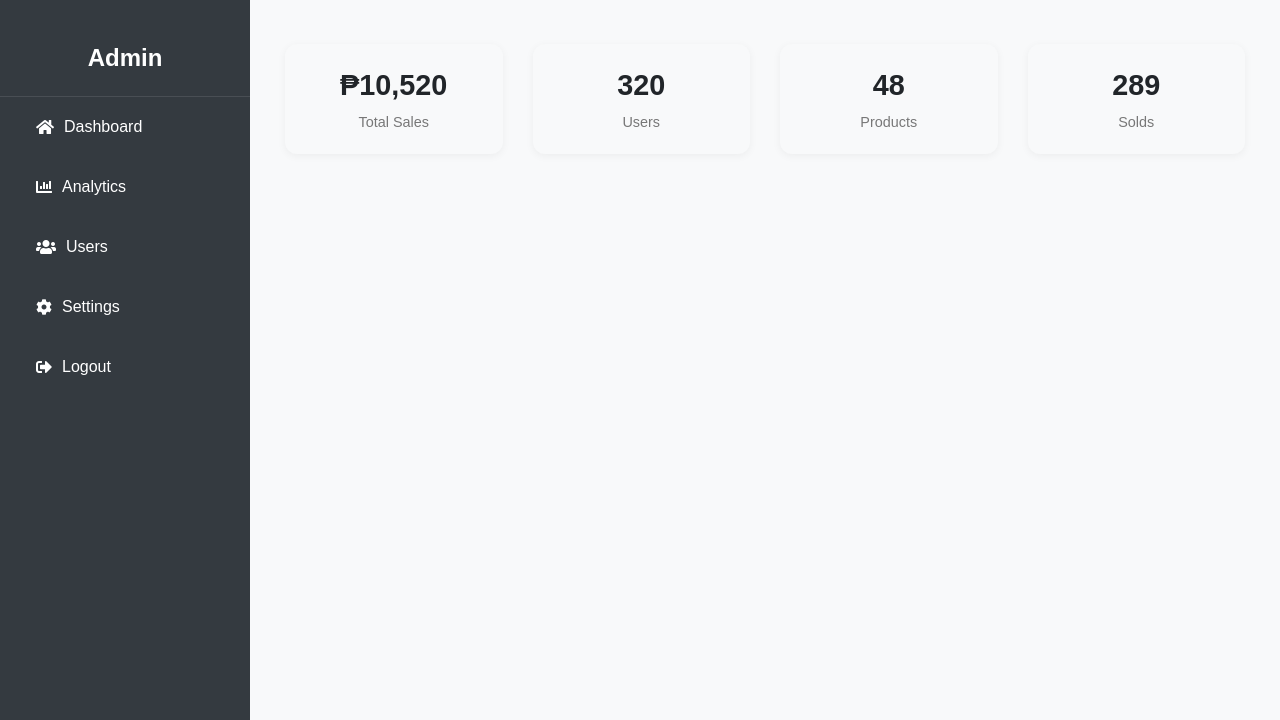
Repository: Darkrepo23/Ecommerce-Manalastas-project
Page: admin/dashboard.html
The author's editor kept a copy of each file at every save. The page is drawn from the files as they stood at one save, then again after the next save.
The browser window is 1280 px wide. The pictures show the whole page.
Some web libraries are served in a nearby version.

Above is the page before, as saved 2026-01-06 09:03:30.

### admin/dashboard.html
<!DOCTYPE html>
<html lang="en">

<head>
    <meta charset="UTF-8">
    <meta name="viewport" content="width=device-width, initial-scale=1.0">
    <title>Modern Sidebar</title>
    <link rel="stylesheet" href="https://stackpath.bootstrapcdn.com/bootstrap/4.5.2/css/bootstrap.min.css">
    <link rel="stylesheet" href="https://cdnjs.cloudflare.com/ajax/libs/font-awesome/5.15.4/css/all.min.css">
    <style>
        body {
            font-family: 'Arial', sans-serif;
            background-color: #f8f9fa;
        }

        .sidebar {
            height: 100vh;
            width: 250px;
            position: fixed;
            top: 0;
            left: 0;
            background-color: #343a40;
            padding-top: 20px;
            color: white;
        }

        .sidebar .logo {
            padding: 20px;
            text-align: center;
            font-size: 1.5em;
            font-weight: bold;
            border-bottom: 1px solid rgba(255, 255, 255, 0.1);
        }

        .sidebar .nav-item {
            padding: 10px 20px;
            transition: background-color 0.3s ease;
        }

        .sidebar .nav-item:hover {
            background-color: rgba(255, 255, 255, 0.1);
            cursor: pointer;
        }

        .sidebar .nav-link {
            color: white;
            text-decoration: none;
            display: flex;
            align-items: center;
        }

        .sidebar .nav-link i {
            margin-right: 10px;
        }

        .content {
            margin-left: 250px;
            padding: 20px;
        }

        .stat-card {
            padding: 20px;
            border-radius: 12px;
            background: #f8f9fa;
            text-align: center;
            box-shadow: 0 2px 8px rgba(0, 0, 0, 0.05);
            transition: .2s;
        }

        .stat-card:hover {
            transform: translateY(-3px);
        }

        .stat-value {
            font-size: 1.8rem;
            font-weight: bold;
        }

        .stat-title {
            font-size: .9rem;
            color: #777;
            margin-top: 5px;
        }
    </style>
    </style>
</head>

<body>

    <div class="sidebar">
        <div class="logo">
            Admin
        </div>
        <ul class="nav flex-column">
            <li class="nav-item">
                <a class="nav-link" href="#">
                    <i class="fas fa-home"></i>
                    Dashboard
                </a>
            </li>
            <li class="nav-item">
                <a class="nav-link" href="#">
                    <i class="fas fa-chart-bar"></i>
                    Analytics
                </a>
            </li>
            <li class="nav-item">
                <a class="nav-link" href="#">
                    <i class="fas fa-users"></i>
                    Users
                </a>
            </li>
            <li class="nav-item">
                <a class="nav-link" href="#">
                    <i class="fas fa-cog"></i>
                    Settings
                </a>
            </li>
            <li class="nav-item">
                <a class="nav-link" href="#">
                    <i class="fas fa-sign-out-alt"></i>
                    Logout
                </a>
            </li>
        </ul>
    </div>

    <div class="content">
        <div class="container mt-4">
            <div class="row g-3 justify-content-center d-flex d-sm-">

                <!-- Total Sales -->
                <div class="col-6 col-md-3">
                    <div class="stat-card">
                        <div class="stat-value">₱10,520</div>
                        <div class="stat-title">Total Sales</div>
                    </div>
                </div>

                <!-- Users -->
                <div class="col-6 col-md-3">
                    <div class="stat-card">
                        <div class="stat-value">320</div>
                        <div class="stat-title">Users</div>
                    </div>
                </div>

                <!-- Products -->
                <div class="col-6 col-md-3">
                    <div class="stat-card">
                        <div class="stat-value">48</div>
                        <div class="stat-title">Products</div>
                    </div>
                </div>

                <!-- Sold Items -->
                <div class="col-6 col-md-3">
                    <div class="stat-card">
                        <div class="stat-value">289</div>
                        <div class="stat-title">Solds</div>
                    </div>
                </div>

            </div>
        </div>
    </div>

    <script src="https://code.jquery.com/jquery-3.5.1.slim.min.js"></script>
    <script src="https://cdn.jsdelivr.net/npm/@popperjs/core@2.5.3/dist/umd/popper.min.js"></script>
    <script src="https://stackpath.bootstrapcdn.com/bootstrap/4.5.2/js/bootstrap.min.js"></script>
</body>

</html>

After the next save:
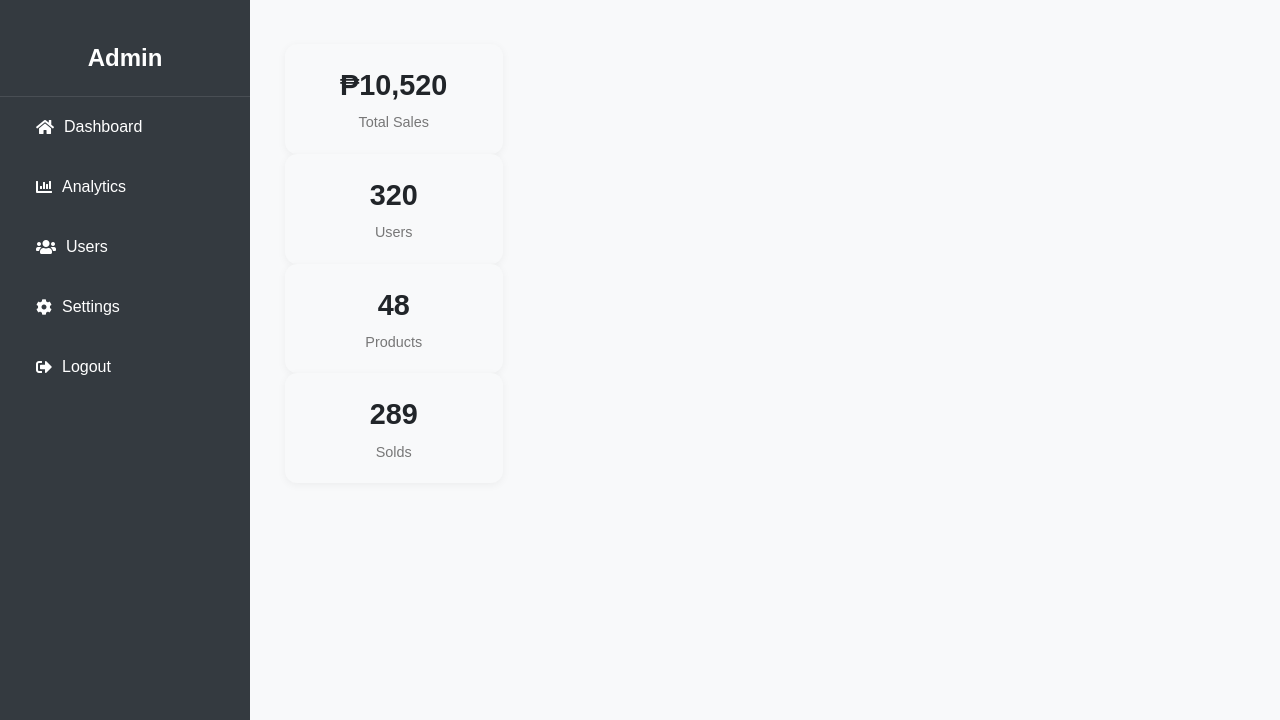
Saved 9 s later.
--- a/admin/dashboard.html
+++ b/admin/dashboard.html
@@ -127,7 +127,7 @@
 
     <div class="content">
         <div class="container mt-4">
-            <div class="row g-3 justify-content-center d-flex d-sm-">
+            <div class="row g-3 justify-content-center d-flex flex-sm-column">
 
                 <!-- Total Sales -->
                 <div class="col-6 col-md-3">

After the save that followed:
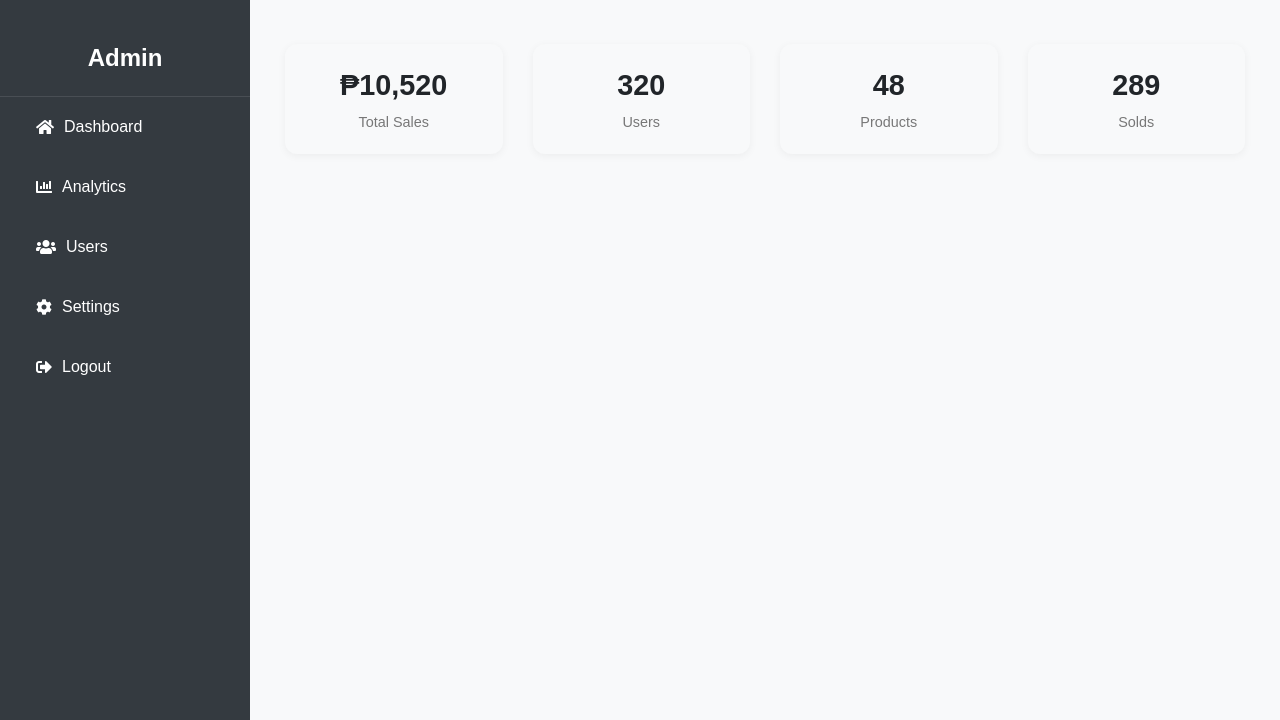
Saved 10 s later.
--- a/admin/dashboard.html
+++ b/admin/dashboard.html
@@ -127,7 +127,7 @@
 
     <div class="content">
         <div class="container mt-4">
-            <div class="row g-3 justify-content-center d-flex flex-sm-column">
+            <div class="row g-3 justify-content-center d-flex flex-sm-row">
 
                 <!-- Total Sales -->
                 <div class="col-6 col-md-3">
